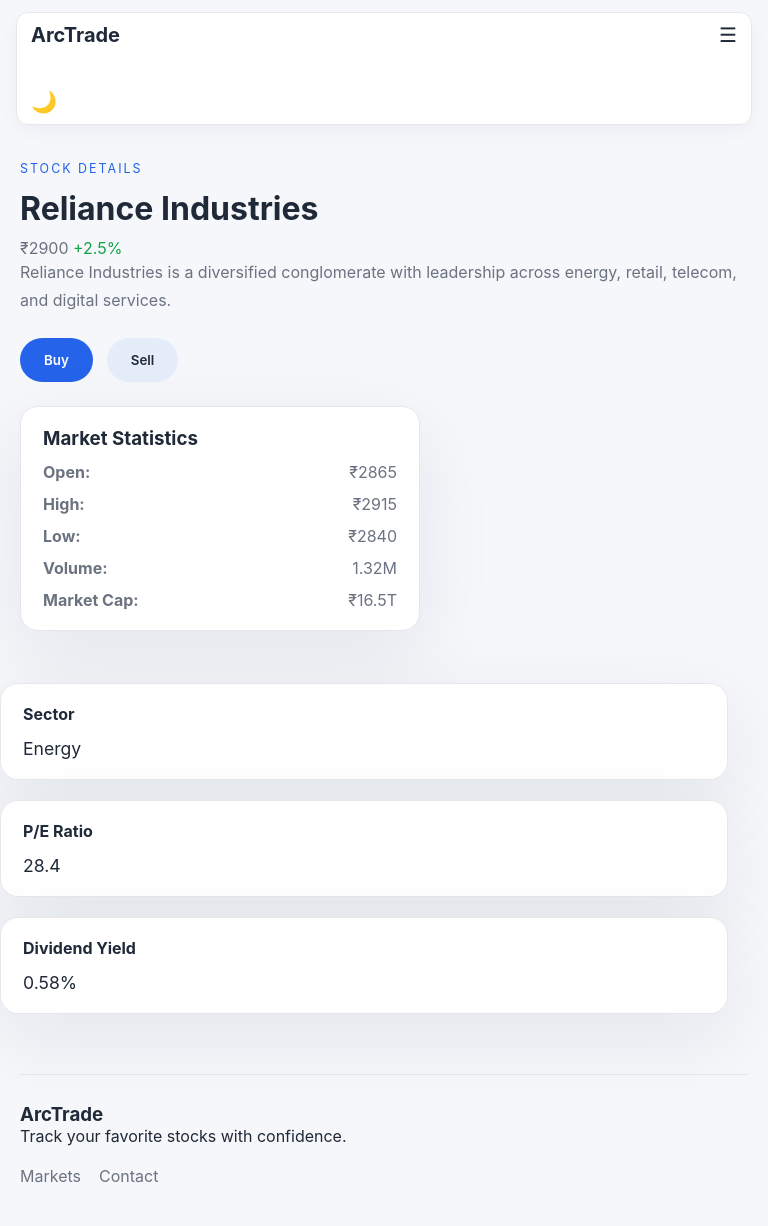
Repository: jaganathvinodkumar-dev/arctrade
Page: stock.html
An editor plug-in stored every save of this project. The page is shown before and after the next save, followed by the edit.
The browser window is 768 px wide. The pictures show the whole page.

Above is the page before, as saved 2026-06-04 14:20:35.

### stock.html
<!DOCTYPE html>
<html lang="en">
<head>
  <meta charset="UTF-8">
  <meta name="viewport" content="width=device-width, initial-scale=1.0">
  <title>ArcTrade | Stock Details</title>
  <link rel="stylesheet" href="css/style.css">
  <link rel="stylesheet" href="css/responsive.css">
</head>
<body>
  <header class="navbar">
    <div class="brand"><a href="index.html">ArcTrade</a></div>
    <button class="nav-toggle" id="nav-toggle" aria-label="Toggle navigation">☰</button>
    <nav class="nav-menu" id="nav-menu">
      <a href="index.html">Home</a>
      <a href="markets.html">Markets</a>
      <a href="stock.html">Stock</a>
      <a href="portfolio.html">Portfolio</a>
      <a href="watchlist.html">Watchlist</a>
      <a href="contact.html">Contact</a>
    </nav>
    <button class="theme-toggle" id="theme-btn">🌙</button>
  </header>

  <main>
    <section class="stock-hero">
      <div>
        <span class="eyebrow">Stock Details</span>
        <h1>Reliance Industries</h1>
        <p>₹2900 <span class="tag up">+2.5%</span></p>
        <p class="stock-description">Reliance Industries is a diversified conglomerate with leadership across energy, retail, telecom, and digital services.</p>
        <div class="cta-group">
          <button id="buy-btn" class="btn btn-primary">Buy</button>
          <button id="sell-btn" class="btn btn-secondary">Sell</button>
        </div>
      </div>
      <div class="stock-summary-card">
        <h3>Market Statistics</h3>
        <ul>
          <li><strong>Open:</strong> ₹2865</li>
          <li><strong>High:</strong> ₹2915</li>
          <li><strong>Low:</strong> ₹2840</li>
          <li><strong>Volume:</strong> 1.32M</li>
          <li><strong>Market Cap:</strong> ₹16.5T</li>
        </ul>
      </div>
    </section>

    <section class="stock-detail-cards">
      <div class="detail-card">
        <h4>Sector</h4>
        <p>Energy</p>
      </div>
      <div class="detail-card">
        <h4>P/E Ratio</h4>
        <p>28.4</p>
      </div>
      <div class="detail-card">
        <h4>Dividend Yield</h4>
        <p>0.58%</p>
      </div>
    </section>
  </main>

  <footer class="site-footer">
    <div><h3>ArcTrade</h3><p>Track your favorite stocks with confidence.</p></div>
    <div class="footer-links"><a href="markets.html">Markets</a><a href="contact.html">Contact</a></div>
  </footer>

  <script src="js/theme.js"></script>
  <script src="js/app.js"></script>
</body>
</html>

### css/style.css
:root {
  --bg: #f5f7fb;
  --surface: #ffffff;
  --surface-strong: #ffffff;
  --text: #1f2937;
  --text-muted: #6b7280;
  --primary: #2563eb;
  --primary-hover: #1d4ed8;
  --success: #16a34a;
  --danger: #dc2626;
  --border: #e5e7eb;
  --shadow: 0 24px 80px rgba(15, 23, 42, 0.08);
}

body.dark {
  --bg: #0f172a;
  --surface: #111827;
  --surface-strong: #0f172a;
  --text: #e2e8f0;
  --text-muted: #94a3b8;
  --primary: #5b8cff;
  --primary-hover: #3b82f6;
  --success: #22c55e;
  --danger: #f97316;
  --border: #334155;
  --shadow: 0 24px 80px rgba(0, 0, 0, 0.28);
}

/* Load Inter font as primary */
@import url('https://fonts.googleapis.com/css2?family=Inter:wght@300;400;600;700;800&display=swap');

* {
  margin: 0;
  padding: 0;
  box-sizing: border-box;
}

html {
  scroll-behavior: smooth;
}

body {
  font-family: Inter, Arial, sans-serif;
  background: var(--bg);
  color: var(--text);
  min-height: 100vh;
  transition: background 0.35s ease, color 0.35s ease;
}

a {
  color: inherit;
  text-decoration: none;
}

button,
input,
textarea {
  font-family: inherit;
}

.navbar {
  width: min(1120px, calc(100% - 40px));
  margin: 12px auto;
  padding: 12px 18px;
  display: flex;
  align-items: center;
  justify-content: space-between;
  gap: 16px;
  background: var(--surface);
  border: 1px solid var(--border);
  border-radius: 12px;
  box-shadow: 0 6px 20px rgba(15,23,42,0.04);
}

.brand a {
  font-size: 1.5rem;
  font-weight: 700;
  color: var(--text);
}

.brand a:hover{color:var(--primary)}

.nav-menu {
  display: flex;
  gap: 20px;
  align-items: center;
}

.nav-menu a {
  color: var(--text-muted);
  position: relative;
  transition: color 0.18s ease, transform 0.12s ease;
  padding: 8px 10px;
  border-radius: 8px;
}

.nav-menu a:hover,
.nav-menu a.active {
  color: var(--text);
  transform: translateY(-2px);
  background: rgba(37,99,235,0.06);
}

.nav-menu a.active::after {
  content: '';
  position: absolute;
  left: 0;
  bottom: -6px;
  width: 100%;
  height: 3px;
  background: var(--primary);
  border-radius: 999px;
}

.nav-toggle,
.theme-toggle {
  border: none;
  background: transparent;
  font-size: 1.3rem;
  cursor: pointer;
  color: var(--text);
}

.theme-toggle {
  display: inline-flex;
}

.nav-toggle {
  display: none;
}

body.menu-open {
  overflow: hidden;
}

.navbar { position: relative; z-index: 1100; }

.main,
footer,
section {
  width: min(1120px, calc(100% - 40px));
  margin: 0 auto;
}

.hero-section,
.stock-hero,
.portfolio-hero,
.contact-hero,
.page-intro {
  display: grid;
  grid-template-columns: 1.2fr 0.8fr;
  gap: 36px;
  align-items: center;
  padding: 40px 0 20px;
}

.hero-copy h1,
.page-intro h1,
.stock-hero h1,
.contact-hero h1 {
  font-size: clamp(2rem, 3.2vw, 3.2rem);
  line-height: 1.05;
  margin-bottom: 16px;
}

.eyebrow {
  display: inline-block;
  margin-bottom: 16px;
  color: var(--primary);
  text-transform: uppercase;
  letter-spacing: 0.16em;
  font-size: 0.78rem;
}

.hero-copy p,
.stock-description,
.page-intro p,
.contact-hero p {
  max-width: 720px;
  color: var(--text-muted);
  line-height: 1.75;
}

.hero-actions,
.cta-group,
.watchlist-controls,
.form-actions {
  display: flex;
  flex-wrap: wrap;
  gap: 14px;
  margin-top: 24px;
}

.btn {
  border: none;
  border-radius: 999px;
  padding: 14px 24px;
  cursor: pointer;
  font-weight: 600;
  transition: transform 0.2s ease, background 0.2s ease;
}

.btn-primary {
  background: var(--primary);
  color: white;
}

.btn-primary:hover {
  background: var(--primary-hover);
}

.btn-secondary {
  background: rgba(37, 99, 235, 0.08);
  color: var(--text);
}

.btn:hover {
  transform: translateY(-1px);
}

.market-card,
.testimonial-card,
.feature-card,
.index-card,
.market-panel,
.stock-summary-card,
.detail-card,
.mini-card,
.holdings-table,
.contact-card,
.watchlist-card {
  background: var(--surface);
  border: 1px solid var(--border);
  border-radius: 18px;
  box-shadow: var(--shadow);
  padding: 20px 22px;
  transition: transform 0.2s ease, background 0.35s ease, border-color 0.35s ease;
}

.market-card:hover,
.testimonial-card:hover,
.feature-card:hover,
.index-card:hover,
.market-panel:hover,
.stock-summary-card:hover,
.detail-card:hover,
.mini-card:hover,
.contact-card:hover,
.watchlist-card:hover {
  transform: translateY(-4px);
}

.market-card__header {
  display: flex;
  justify-content: space-between;
  align-items: center;
  margin-bottom: 18px;
  font-weight: 600;
}

.market-card__body p {
  color: var(--text-muted);
  line-height: 1.7;
}

.info-grid,
.feature-grid,
.testimonial-grid,
.index-grid,
.trending-grid,
.portfolio-cards,
.holdings-table,
.watchlist-grid {
  display: grid;
  gap: 20px;
}

.info-grid {
  grid-template-columns: repeat(3, minmax(220px, 1fr));
}

.feature-grid {
  grid-template-columns: repeat(4, minmax(210px, 1fr));
}

.testimonial-grid {
  grid-template-columns: repeat(3, minmax(240px, 1fr));
}

.index-grid {
  grid-template-columns: repeat(3, minmax(220px, 1fr));
}

.trending-grid {
  grid-template-columns: repeat(3, minmax(240px, 1fr));
}

.portfolio-cards {
  grid-template-columns: repeat(3, minmax(180px, 1fr));
}

.watchlist-grid {
  grid-template-columns: repeat(3, minmax(240px, 1fr));
}

.feature-card h3,
.testimonial-card h4,
.market-panel h3,
.detail-card h4,
.mini-card h4 {
  margin-bottom: 14px;
}

.testimonial-card p {
  color: var(--text-muted);
  margin-bottom: 22px;
  line-height: 1.75;
}

.testimonial-card span,
.market-summary div h3 {
  color: var(--text-muted);
}

.section-heading {
  margin-bottom: 26px;
}

.section-heading h2 {
  font-size: clamp(1.6rem, 2.1vw, 2.2rem);
  line-height: 1.1;
}

.empty-state{padding:18px;color:var(--text-muted)}

.market-summary {
  margin-top: 24px;
  display: grid;
  gap: 16px;
  grid-template-columns: repeat(2, minmax(0, 1fr));
}

.market-summary div {
  background: var(--surface);
  border: 1px solid var(--border);
  border-radius: 22px;
  padding: 22px;
}

.market-summary h3,
.stock-summary-card h3,
.holdings-section h2,
.trending-section h2,
.stock-hero h1,
.contact-hero h1 {
  margin-bottom: 12px;
}

.status {
  font-weight: 700;
}

.up {
  color: var(--success);
}

.down {
  color: var(--danger);
}

.stock-summary-card ul {
  list-style: none;
  display: grid;
  gap: 12px;
}

.stock-summary-card li {
  display: flex;
  justify-content: space-between;
  color: var(--text-muted);
}

.stock-detail-cards {
  display: grid;
  grid-template-columns: repeat(3, minmax(220px, 1fr));
  gap: 20px;
  margin: 32px 0;
}

.detail-card p,
.mini-card p {
  font-size: 1.1rem;
  margin-top: 10px;
}

.holdings-table {
  border-radius: 28px;
  overflow: hidden;
}

.table-row {
  display: grid;
  grid-template-columns: 2fr 1fr 1.5fr 1fr;
  gap: 10px;
  padding: 18px 20px;
  align-items: center;
}

.table-header {
  background: var(--surface);
  border-bottom: 1px solid var(--border);
  font-weight: 700;
}

.table-row:not(.table-header) {
  background: var(--surface);
  border-bottom: 1px solid var(--border);
}

.stock-hero p,
.portfolio-value,
.stock-description,
.watchlist-section p,
.contact-card p,
.contact-form label,
.form-status {
  color: var(--text-muted);
}

.portfolio-value {
  font-size: 2.6rem;
  font-weight: 700;
  margin: 20px 0 0;
}

.watchlist-controls {
  justify-content: space-between;
  gap: 16px;
}

.watchlist-controls input,
.search-bar input,
.contact-form input,
.contact-form textarea {
  width: 100%;
  border: 1px solid var(--border);
  border-radius: 18px;
  padding: 16px 18px;
  background: var(--surface);
  color: var(--text);
}

.search-bar input {
  width: 100%;
}

.contact-form {
  display: grid;
  gap: 18px;
  padding: 32px;
  background: var(--surface);
  border: 1px solid var(--border);
  border-radius: 28px;
}

.form-row {
  display: grid;
  grid-template-columns: repeat(2, minmax(0, 1fr));
  gap: 18px;
}

.contact-form label {
  display: grid;
  gap: 10px;
  font-weight: 600;
}

.form-actions {
  align-items: center;
}

.form-status {
  font-size: 0.95rem;
}

.contact-card {
  max-width: 420px;
}

.site-footer {
  width: min(1120px, calc(100% - 40px));
  margin: 60px auto 40px;
  display: flex;
  justify-content: space-between;
  gap: 20px;
  align-items: center;
  border-top: 1px solid var(--border);
  padding-top: 28px;
}

.footer-links {
  display: flex;
  gap: 18px;
  flex-wrap: wrap;
}

.footer-links a {
  color: var(--text-muted);
}

.watchlist-card {
  display: grid;
  gap: 16px;
}

.watchlist-card h3 {
  margin-bottom: 8px;
}

.watchlist-card .watchlist-card__meta {
  display: flex;
  justify-content: space-between;
  gap: 12px;
}

.watchlist-card button {
  background: transparent;
  border: 1px solid var(--border);
  color: var(--text);
  width: 100%;
}

.market-panel {
  border-radius: 28px;
  padding: 24px;
}

.market-sections {
  display: grid;
  grid-template-columns: 1fr 1fr;
  gap: 20px;
  margin-top: 30px;
}

.stock-hero,
.contact-hero,
.portfolio-hero,
.page-intro {
  align-items: start;
}

.stock-summary-card,
.contact-card {
  max-width: 400px;
}

.page-intro .search-bar,
.watchlist-controls {
  width: 100%;
}

.toast-message {
  position: fixed;
  right: 24px;
  bottom: 24px;
  background: var(--surface-strong);
  color: var(--text);
  border: 1px solid var(--border);
  border-radius: 18px;
  padding: 14px 18px;
  box-shadow: var(--shadow);
  opacity: 0;
  transform: translateY(12px);
  transition: opacity 0.25s ease, transform 0.25s ease;
  z-index: 9999;
}

.toast-message.visible {
  opacity: 1;
  transform: translateY(0);
}

@media (max-width: 1024px) {
  .hero-section,
  .stock-hero,
  .portfolio-hero,
  .contact-hero,
  .page-intro {
    grid-template-columns: 1fr;
  }

  .feature-grid,
  .testimonial-grid,
  .index-grid,
  .trending-grid,
  .portfolio-cards,
  .stock-detail-cards,
  .watchlist-grid,
  .market-sections {
    grid-template-columns: 1fr;
  }

  .nav-menu {
    gap: 18px;
  }
}

@media (max-width: 768px) {
  .navbar {
    flex-wrap: wrap;
    justify-content: space-between;
  }

  .nav-toggle,
  .theme-toggle {
    display: inline-flex;
  }

  .nav-menu {
    width: 100%;
    display: none;
    flex-direction: column;
    background: var(--surface);
    padding: 20px;
    border: 1px solid var(--border);
    border-radius: 24px;
  }

  .nav-menu.open {
    display: flex;
  }

  .nav-menu a {
    padding: 12px 0;
    border-bottom: 1px solid var(--border);
  }

  .nav-menu a:last-child {
    border-bottom: none;
  }

  .hero-section,
  .stock-hero,
  .portfolio-hero,
  .contact-hero,
  .page-intro {
    padding: 20px 0;
  }

  .site-footer {
    flex-direction: column;
    align-items: flex-start;
  }
}

body.dark a {
  color: var(--text);
}

body.dark .navbar,
body.dark .nav-menu {
  background: rgba(15, 23, 42, 0.88);
}

body.dark .nav-menu a,
body.dark .footer-links a,
body.dark .testimonial-card span,
body.dark .market-summary div h3,
body.dark .stock-summary-card li,
body.dark .stock-hero p,
body.dark .portfolio-value,
body.dark .watchlist-section p,
body.dark .contact-card p,
body.dark .contact-form label,
body.dark .form-status {
  color: var(--text-muted);
}

body.dark .btn-secondary {
  background: rgba(255, 255, 255, 0.08);
}

body.dark .contact-form input,
body.dark .contact-form textarea,
body.dark .search-bar input,
body.dark .watchlist-controls input {
  background: var(--surface);
  border-color: var(--border);
  color: var(--text);
}

body.dark .form-status {
  color: #a5b4fc;
}

.market-card,
.testimonial-card,
.feature-card,
.index-card,
.market-panel,
.stock-summary-card,
.detail-card,
.mini-card,
.holdings-table,
.contact-card,
.watchlist-card,
.contact-form,
.navbar,
.nav-menu,
.site-footer {
  transition: background 0.35s ease, border-color 0.35s ease, color 0.35s ease, box-shadow 0.35s ease;
}

### css/responsive.css
@media (max-width: 768px) {
  .hero-section,
  .stock-hero,
  .portfolio-hero,
  .contact-hero,
  .page-intro {
    grid-template-columns: 1fr;
  }

  .info-grid,
  .feature-grid,
  .testimonial-grid,
  .index-grid,
  .trending-grid,
  .portfolio-cards,
  .stock-detail-cards,
  .watchlist-grid,
  .market-sections,
  .form-row {
    grid-template-columns: 1fr;
  }

  .nav-menu {
    width: 100%;
  }
}

@media (max-width: 1024px) {
  .hero-section,
  .stock-hero,
  .portfolio-hero,
  .contact-hero,
  .page-intro {
    gap: 24px;
  }
}

@media (max-width: 1440px) {
  .navbar,
  .main,
  footer {
    width: min(100%, calc(100% - 32px));
  }
}

/* Additional responsive refinements */

@media (max-width: 768px) {
  .navbar {
    padding: 10px 14px;
    position: sticky;
    top: 8px;
    z-index: 1200;
    background: var(--surface);
  }

  .brand a { font-size: 1.25rem; }

  .nav-toggle {
    display: inline-flex;
    font-size: 1.25rem;
  }

  .nav-menu {
    display: flex;
    flex-direction: column;
    gap: 8px;
    width: 100%;
    margin-top: 8px;
    padding: 0 12px;
    max-height: 0;
    overflow: hidden;
    opacity: 0;
    transition: max-height 260ms ease, opacity 240ms ease;
  }

  .nav-menu.open {
    max-height: 420px;
    opacity: 1;
  }

  .nav-menu a { padding: 10px 8px; }

  .theme-toggle { order: 3; }

  .hero-copy h1 { font-size: 1.6rem; }
  .section-heading h2 { font-size: 1.2rem; }
  .testimonial-grid, .feature-grid { grid-template-columns: 1fr; }
}

@media (min-width: 769px) and (max-width: 1024px) {
  .hero-copy h1 { font-size: 2.2rem; }
  .brand a { font-size: 1.4rem; }
  .index-grid, .trending-grid { grid-template-columns: repeat(2, 1fr); }
  .feature-grid { grid-template-columns: repeat(2, minmax(180px,1fr)); }
}

@media (min-width: 1025px) and (max-width: 1440px) {
  .hero-copy h1 { font-size: clamp(2.2rem, 3vw, 2.8rem); }
  .index-grid { grid-template-columns: repeat(3, 1fr); }
  .trending-grid { grid-template-columns: repeat(3, 1fr); }
  .navbar { width: min(1000px, calc(100% - 40px)); }
}

@media (min-width: 1441px) {
  .navbar { width: 1120px; }
}

### js/theme.js
const themeBtn = document.getElementById('theme-btn');
const userTheme = localStorage.getItem('arctrade-theme');
const prefersDark = window.matchMedia && window.matchMedia('(prefers-color-scheme: dark)').matches;

const applyTheme = theme => {
  if (theme === 'dark') {
    document.body.classList.add('dark');
  } else {
    document.body.classList.remove('dark');
  }

  if (themeBtn) {
    themeBtn.textContent = theme === 'dark' ? '☀️' : '🌙';
  }
};

const initialTheme = userTheme || (prefersDark ? 'dark' : 'light');
applyTheme(initialTheme);

if (themeBtn) {
  themeBtn.addEventListener('click', () => {
    const current = document.body.classList.contains('dark') ? 'dark' : 'light';
    const nextTheme = current === 'dark' ? 'light' : 'dark';
    applyTheme(nextTheme);
    localStorage.setItem('arctrade-theme', nextTheme);
  });
}

Loaded but not shown: js/app.js (221 lines, source omitted)

After the next save:
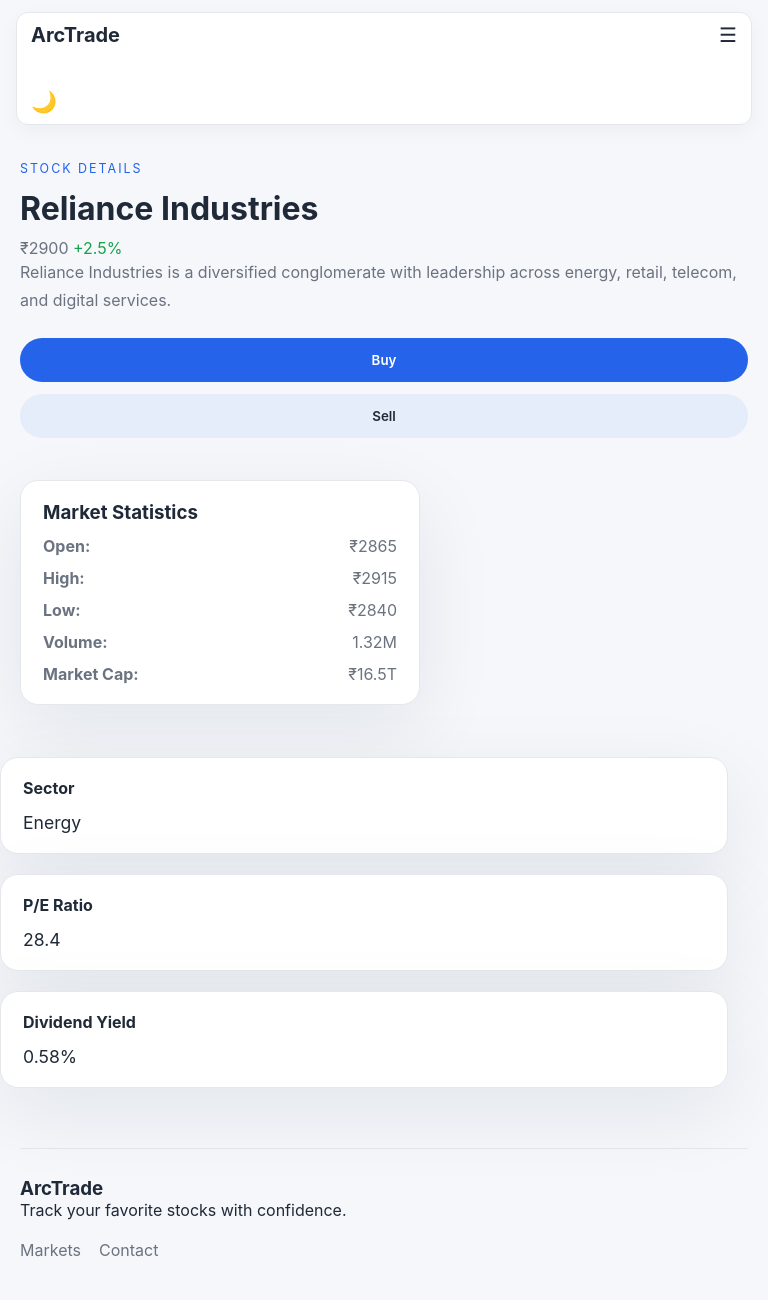
Saved 2 min 9 s later.
--- a/css/responsive.css
+++ b/css/responsive.css
@@ -88,6 +88,40 @@
   .testimonial-grid, .feature-grid { grid-template-columns: 1fr; }
 }
 
+/* Small-screen usability */
+@media (max-width: 768px) {
+  .cta-group { flex-direction: column; gap: 12px; }
+  .cta-group .btn { width: 100%; }
+
+  .watchlist-grid, .index-grid, .trending-grid {
+    grid-template-columns: 1fr !important;
+  }
+
+  .watchlist-card {
+    padding: 16px;
+  }
+
+  .watchlist-card button {
+    width: 100%;
+    margin-top: 8px;
+  }
+
+  .contact-form {
+    padding: 18px;
+  }
+
+  .contact-form input,
+  .contact-form textarea {
+    padding: 12px;
+    font-size: 0.95rem;
+  }
+
+  .table-row { grid-template-columns: 1fr 1fr; gap: 8px; }
+  .table-row .table-header { display: none; }
+
+  .stock-summary-card { margin-top: 18px; }
+}
+
 @media (min-width: 769px) and (max-width: 1024px) {
   .hero-copy h1 { font-size: 2.2rem; }
   .brand a { font-size: 1.4rem; }
